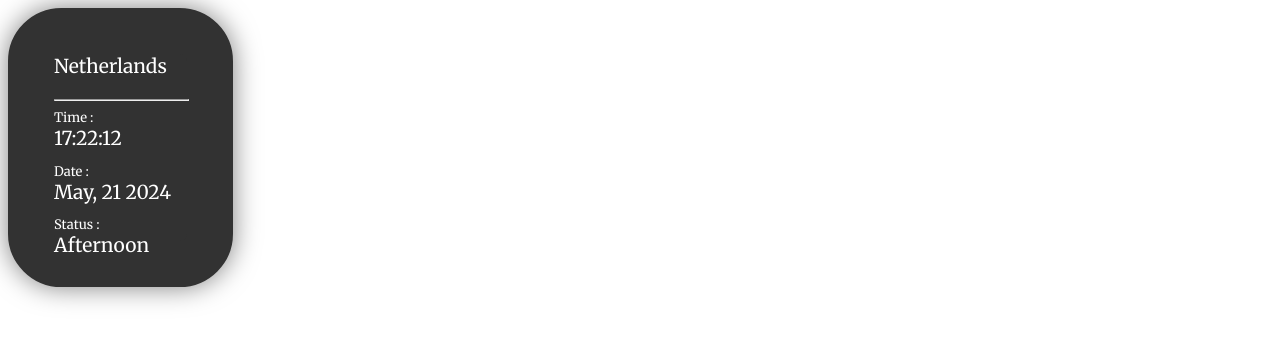
Repository: SnakeXrnt/notion-clock
Page: netherlands.html
The author's editor kept a copy of each file at every save. The page is drawn from the files as they stood at one save, then again after the next save.
The browser window is 1280 px wide. The pictures show the whole page.

Above is the page before, as saved 2024-05-21 16:58:01.

After the next save:
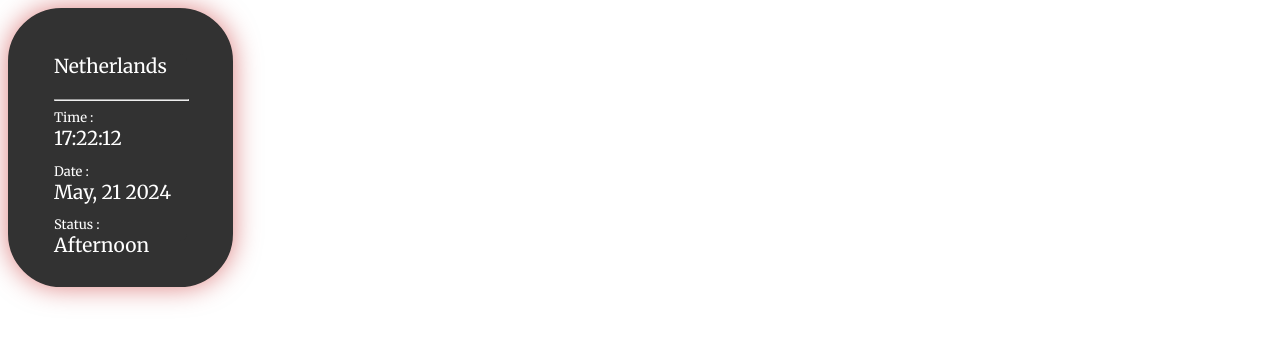
Saved 22 s later.
--- a/netherlands.html
+++ b/netherlands.html
@@ -32,7 +32,7 @@
             border: 35pt solid rgb(50, 50, 50);
             background-color: rgb(50, 50, 50);
             border-radius: 40pt;
-            box-shadow: 0 0 20pt rgba(0, 0, 0, 0.5); /* Adding shadow */
+            box-shadow: 0 0 20pt rgba(188, 0, 0, 0.5); /* Adding shadow */
         }
 
     </style>
